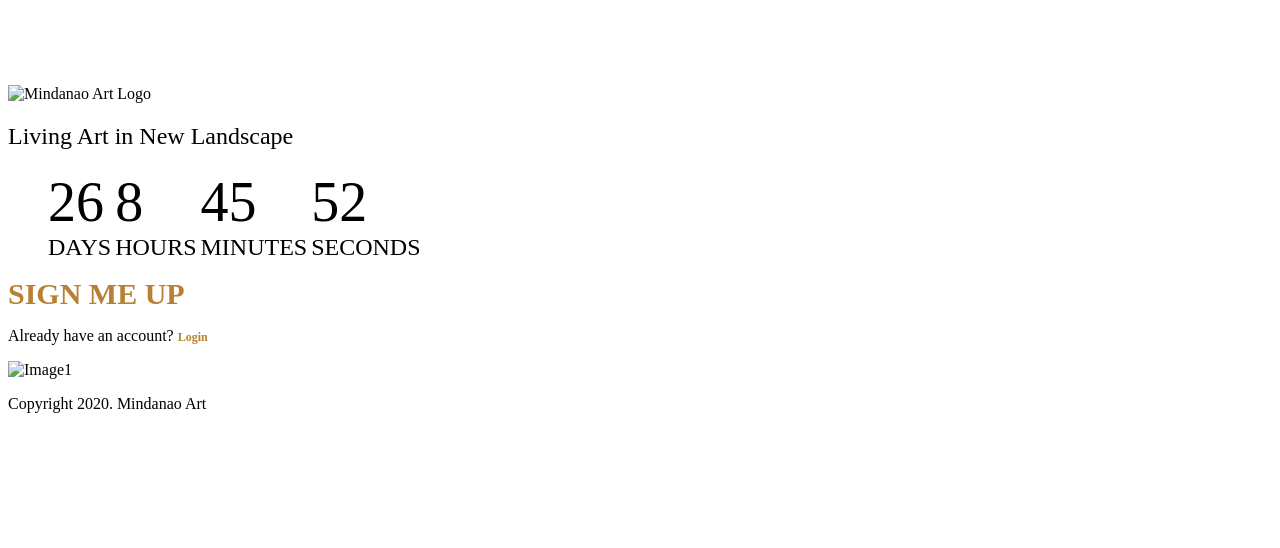
Repository: KleKlai/project-exodus
Page: http://localhost/
An editor plug-in stored every save of this project. The page is shown before and after the next save, followed by the edit.
The browser window is 1280 px wide. The pictures show the whole page.
The page is served by the project's Laravel application, run on PHP 8.4 with Laravel 8.

Above is the page before, as saved 2020-09-28 19:49:47.

After the next save:
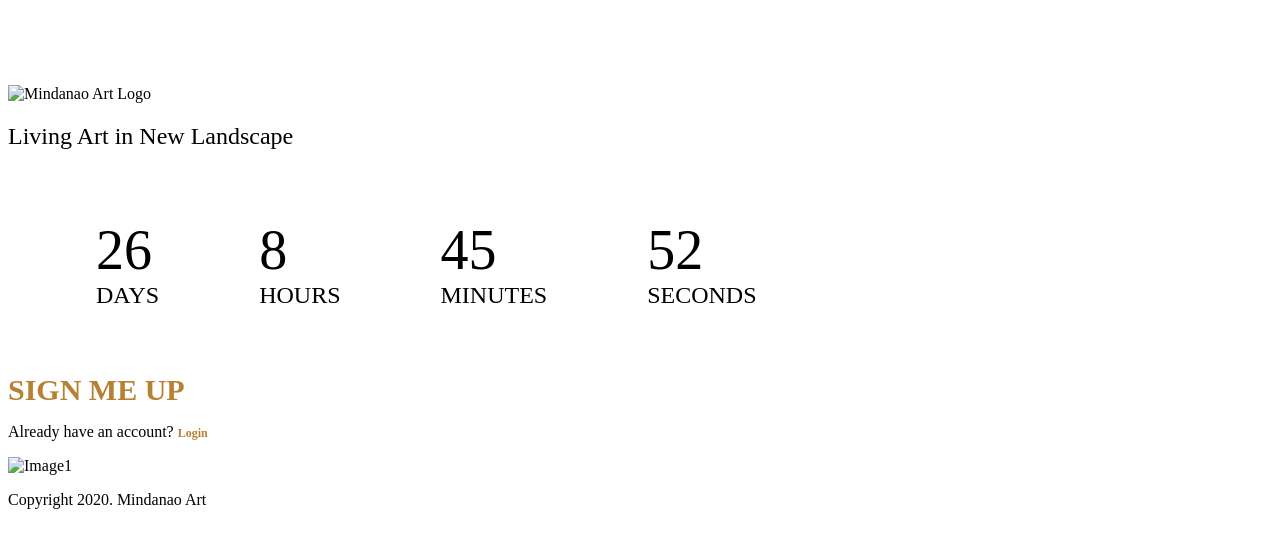
Saved 11 s later.
--- a/resources/views/welcome.blade.php
+++ b/resources/views/welcome.blade.php
@@ -83,7 +83,7 @@
                 display: inline-block;
                 font-size: 1.5em;
                 list-style-type: none;
-                padding: 2 em;
+                padding: 2em;
                 text-transform: uppercase;
             }
 
